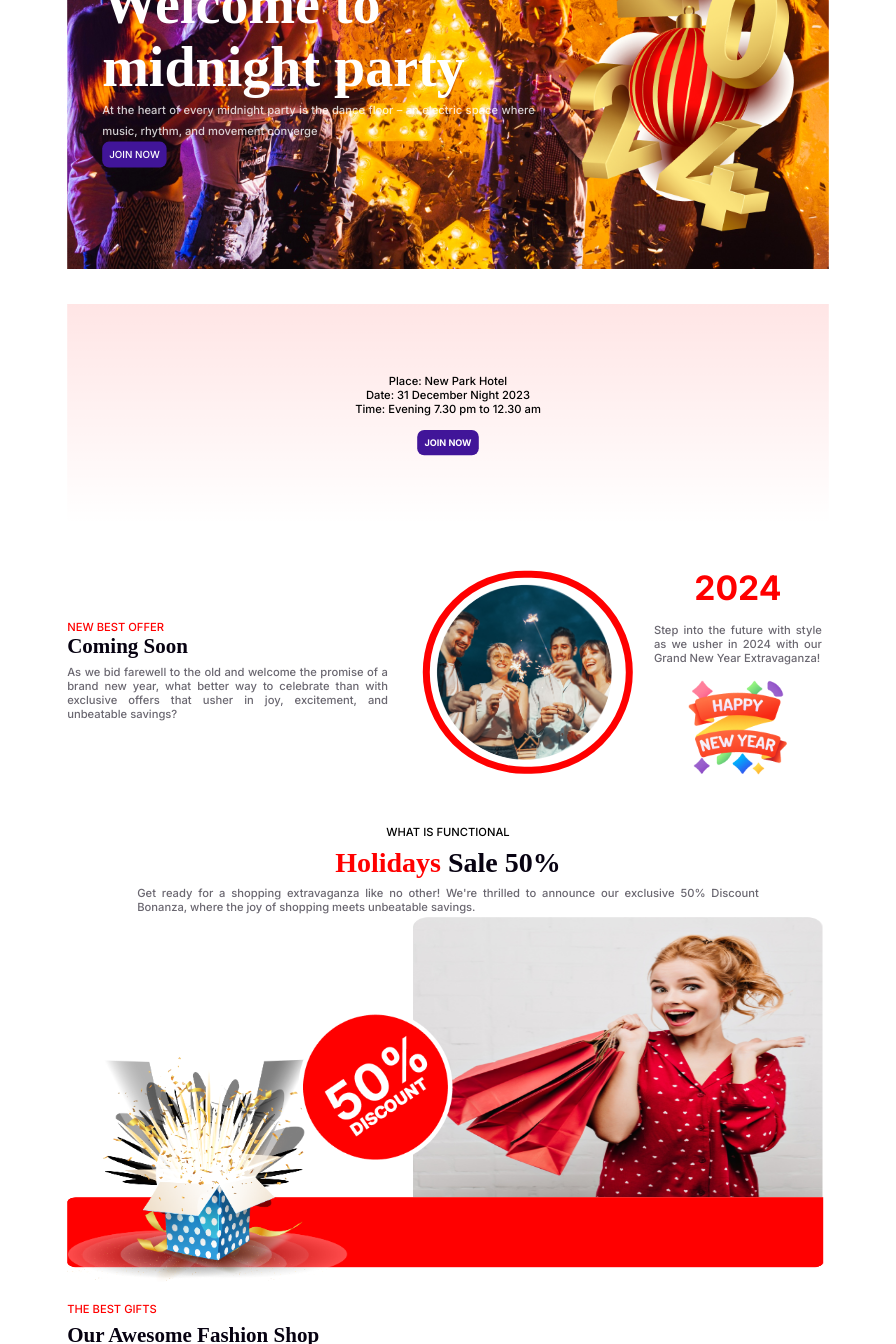
Repository: sumonkumarsarkar/new-year-2024
Page: index.html
The author's editor kept a copy of each file at every save. The page is drawn from the files as they stood at one save, then again after the next save.
The browser window is 1280 px wide. The pictures show the part of the page from y = 1476 to 3396 px (the page is 5366 px tall), at 70% of full size.

Above is the page before, as saved 2024-01-08 21:43:41.

### index.html
<!DOCTYPE html>
<html lang="en">
  <head>
    <meta charset="UTF-8" />
    <meta name="viewport" content="width=device-width, initial-scale=1.0" />
    <title>Happy Nwe Year-2024</title>
    <link rel="preconnect" href="https://fonts.googleapis.com" />
    <link rel="preconnect" href="https://fonts.gstatic.com" crossorigin />
    <link
      href="https://fonts.googleapis.com/css2?family=Inter:wght@100;200;300;500;600;700&display=swap"
      rel="stylesheet"
    />

    <link rel="stylesheet" href="https://cdnjs.cloudflare.com/ajax/libs/font-awesome/6.5.1/css/all.min.css" integrity="sha512-DTOQO9RWCH3ppGqcWaEA1BIZOC6xxalwEsw9c2QQeAIftl+Vegovlnee1c9QX4TctnWMn13TZye+giMm8e2LwA==" crossorigin="anonymous" referrerpolicy="no-referrer" />
    <link rel="stylesheet" href="./style.css" />
  </head>
  <body>
    <!-- banner-section start  -->
    <header>
      <div class="container banner">
        <div class="heading-text">
          <h4>Happy New Year</h4>
          <h3>New Year Party Celebration</h3>
        </div>
      </div>
    </header>
    <!-- banner-section end  -->

    <!-- holiday deal start  -->
    <section id="holiday-deal">
      <div class="container-holiday">
        <div class="holiday-text">
          <h2>65% OFF</h2>
          <h5>OUR HOLIDAY DEALS ARE BETTER</h5>
          <h4>ALL CATEGORIES</h4>
        </div>
        <div class="holiday-img">
          <img src="./image/New Year Photo.png" alt="" />
        </div>
      </div>
    </section>
    <!-- holiday deal end  -->

    <section id="midnight-section">
      <div class="container midnight-banner">
        <div class="midnight-content">
          <div class="midnight-text">
            <h3>Welcome to midnight party</h3>
            <p>
                At the heart of every midnight party is the dance floor – an electric space where music, rhythm, and movement converge
            </p>
            <button type="button">JOIN NOW</button>
          </div>
          <div class="midmight-img">
            <img src="./image/Group 70.png" alt="" />
          </div>
        </div>
      </div>
    </section>

     <!-- park hotel start  -->
<section id="park-hotel">
    <div class="container park-hotel-text">
     <p>Place: New Park Hotel</p>
     <p>Date: 31 December Night 2023</p>
     <p>Time: Evening 7.30 pm to 12.30 am</p>
     <button class="park-hotel-button" type="button">JOIN NOW</button>
    </div>
</section>
 <!-- park hotel end  -->


 <!-- best offer start  -->
 <section id="best-offer">
    <div class="container best-banner">
        <div class="best-offer-text">
            <div class="offer-text">
                <h5>NEW BEST OFFER</h5>
                <h4>Coming Soon</h4>
                <p>As we bid farewell to the old and welcome the promise of a brand new year, what better way to celebrate than with exclusive offers that usher in joy, excitement, and unbeatable savings?  </p>
            </div>
            <div class="offer-img">
                <img src="./image/Ellipse 1.png" alt="">
            </div>
            <div class="offer-text-img">
                <h3>2024</h3>
                <p>Step into the future with style as we usher in 2024 with our Grand New Year Extravaganza! </p>
                <img src="./image/Group 96.png" alt="">
            </div>

        </div>
    </div>
 </section>

 <!-- best offer end  -->

 <!-- holiday best offer start  -->

 <section id="holiday-offer">
    <div class="container">
        <div class="holiday-offer-text">
            <h5>WHAT IS FUNCTIONAL</h5>
            <h3><span>Holidays</span> Sale 50%</h3>
            <p>Get ready for a shopping extravaganza like no other! We're thrilled to announce our exclusive 50% Discount Bonanza, where the joy of shopping meets unbeatable savings.</p>
        </div>

        <div class="holiday-img">
            <div class="div3">
                <img src="./image/Group 75.png" alt="">
            </div>
            <div class="div1">
                <img src="./image/Group 44.png" alt="">
            </div>
            <div class="div2">
                <img src="./image/Rectangle 1.png" alt="">
            </div>
            <div class="div4">
                <img src="./image/Rectangle 2.png" alt="">
            </div>
        </div>






    </div>
 </section>
 <!-- holiday best offer end  -->

 <!-- portfolio section start  -->

<section id="fortfolio">
    <div class="container">
        <div class="protfolio-text-image">
            <div class="protfolio-text">
                   <h5>THE BEST GIFTS</h5>
                   <h4>Our Awesome Fashion Shop</h4>
                   <p>Great! Based on our fashion shop items, specializing in shoes and bags, how about the name "SoleStyle & Carry Chic"? </p>
            </div>
            <div class="protfolio-image">
                <div class="image-div">
                    <img src="./image/Rectangle 3.png" alt="">
                    <img src="./image/Rectangle 4.png" alt="">
                    <img src="./image/Rectangle 5.png" alt="">
                </div>
                <div class="image-div">
                    <img src="./image/Rectangle 6.png" alt="">
                    <img src="./image/Rectangle 7.png" alt="">
                    <img src="./image/Rectangle 8.png" alt="">
                </div>

            </div>
        </div>
    </div>
</section>
 <!-- portfolio section end -->



 <section id="subscribe">
    <div class="container subscribe-banner">
        <div class="subscribe-content">
           <div class="subscribe-image">
            <img src="./image/Group 61.png" alt="">
           </div>
           <div class="subscribe-text">
            <h3>Subscribe Newsletter</h3>
            <p>In a world where fashion is ever-evolving, keeping your wardrobe up-to-date has never been more exciting. Introducing our exclusive subscription service – a gateway to a curated collection of style essentials delivered to your doorstep.</p>
           </div>

           <div class="subscribe-input">
            <input  type="email" placeholder="user@gmail.com">
            <button class="subscribe-button" type="submit">subscribe</button>
           </div>
        </div>
    </div>
 </section>

 <footer>
    <div class="footer-cntainer">
        <div class="footer-text">
            <div class="nornal-text">
                <p>44,Big Building Roosevelt Street</p>
                    <p>Beach Gardens Florida 33410</p>
            </div>
            <div class="icon-text">
                <p><span><img src="./image/Call.png" alt=""></span> +00 123 584 124</p>
                <p><span><i class="fa-solid fa-globe"></i></span>www.website.com</p>
            </div>
        </div>
        <hr>
        <div class="icon-img">
           <img src="./image/Facebook.png" alt="">
           <img src="./image/Instagram.png" alt="">
           <img src="./image/Twitter.png" alt="">
           <img src="./image/Linkedin.png" alt="">
        </div>
       <div class="footer-last-text">
         <p>017, All Rights Reserved</p>
          <p>unsubscribe</p>
       </div>

    </div>
 </footer>


  </body>
</html>

### style.css
* {
    margin: 0;
    padding: 0;
}

body {
    font-family: "Inter", sans-serif;
    width:100%;
    max-width:1320px;
}

/* banner section end  */
.container{
    max-width:1240px;
    width: 85%;
    margin: 50px auto;
}

.banner {
    background-image: url(./image/Banner\ Image.png);
    background-position: center;
    background-repeat: no-repeat;
    background-size: cover;
}

.heading-text {
    text-align: center;
    justify-content: center;
    padding: 177px 300px;
}

.heading-text h3 {
    color: #fff;
    text-align: center;
    font-family: Merriweather;
    font-size: 50px;
    font-style: normal;
    font-weight: 900;
}

.heading-text h4 {
    color: #fff;
    text-align: center;
    font-family: Merriweather;
    font-size: 25px;
    font-style: normal;
    font-weight: 400;
    line-height: normal;
}

/* banner section end  */

/* holiday -section start  */
.container-holiday {
    width: 85%;
    max-width: 680px;
    margin: 0 auto;
}

.container-holiday .holiday-text {
    text-align: center;

}

.holiday-text h2 {
    color: #f00;
    text-align: center;
    font-family: Inter;
    font-size: 70px;
    font-style: normal;
    font-weight: 700;
    line-height: normal;
}

.holiday-text h5{
    color: #f00;
    text-align: center;
    font-family: Inter;
    font-size:px;
    font-style: normal;
    font-weight: 700;
    line-height: normal;
}

.holiday-text h4 {
    color: #070211;
    text-align: center;
    font-family: Inter;
    font-size: 35px;
    font-style: normal;
    font-weight: 700;
    line-height: normal;
}

.holiday-img {
    text-align: center;
    justify-content: center;
    width: 680px;
    height: 500px;
}

/* holiday -section start  */

/* midnight party start  */

.midnight-banner {
    background-image: url("./image/Vectorrr.png");
    background-position: center;
    background-repeat: no-repeat;
    background-size: cover;
}

.midnight-content {
    display: flex;
    justify-content: space-between;
    align-items: center;
}

.midnight-text {
    padding: 50px 0px 50px 50px;
    align-items: center;
}

.midnight-text h3 {
    align-items: center;
    color: #fff;
    font-family: Merriweather;
    font-size: 80px;
    font-style: normal;
    font-weight: 900;


}

.midnight-text p {
color: rgba(255, 255, 255, 0.80);
font-family: Inter;
font-size: 16px;
font-style: normal;
font-weight: 400;
line-height: 30px;
text-align: justify;
}

button {
    color: #FFF;
    text-align:center;
    font-family: Inter;
    font-size: 14px;
    font-style:normal;
    font-weight: 400;
    line-height: normal;
    text-transform:uppercase;
    background:#411599;
    border-radius: 10px;
    border:none;
    padding: 10px 10px;
}
button:hover{
    background: skyblue;
    transition: 1s;

}

.midmight-img{
    padding:50px 50px ;
}

/* midnight party end */




/* park hotel start */

.park-hotel-text{
 background: linear-gradient(180deg, rgba(255, 0, 0, 0.10) 0%, rgba(255, 0, 0, 0.00) 100%);
 text-align: center;
 margin:0 auto;
 padding: 100px 0px;
}

.park-hotel-button{
color: #FFF;
text-align: center;
font-family: Inter;
font-size: 13px;
font-style: normal;
font-weight: 700;
line-height: normal;
text-transform: uppercase;
background:#411599;
margin-top: 20px;


}
/* park hotel end */


/* best offer start  */

.best-offer-text{
    display: flex;
    justify-content: space-between;
    align-items: center;
}
.best-banner{
    background: #FFF;
    margin-top: 50px;
}
.offer-text h5{
color: #F00;
font-family: Inter;
font-size: 16px;
font-style: normal;
font-weight: 500;
line-height: normal;
}
.offer-text h4{
    color: #070211;
    font-family: Merriweather;
    font-size:30px;
    font-style: normal;
    font-weight: 900;
    line-height: normal;
    text-transform: capitalize;
}
.offer-text p{
color: rgba(7, 2, 17, 0.60);
font-family: Inter;
font-size: 16px;
font-style: normal;
font-weight: 400;
padding: 10px 50px 10px 0px;
text-align: justify;

}
.offer-img img{
border-radius:200px;
border:10px solid #F00;
padding:10px 20px 10px 10px;
width: 250px;

}
.offer-text-img{
    text-align: center;
    padding:10px;
    margin-left: 20px;

}
.offer-text-img h3{
font-size: 48px;
font-style: normal;
font-weight: 700;
line-height: normal;
color: #f00;
padding-bottom: 20px;

}
.offer-text-img p{
    color: rgba(7, 2, 17, 0.60);

    font-family: Inter;
    font-size: 16px;
    font-style: normal;
    font-weight: 400;
    padding-bottom: 20px;
    text-align: justify;

}



/* best offer end */

 /* holiday offer section start  */
.holiday-offer-text{
    text-align: center;
}
.holiday-offer-text h5{
font-size: 16px;
font-style: normal;
font-weight: 500;
line-height: normal;
padding: 5px 200px;
}
.holiday-offer-text h3{
    color: #070211;
    font-family: Merriweather;
    font-size: 40px;
    font-style: normal;
    font-weight: 900;
    line-height: normal;
    padding: 5px 200px;
}
.holiday-offer-text p{
color: rgba(7, 2, 17, 0.60);
text-align: center;
font-family: Inter;
font-size: 16px;
font-style: normal;
font-weight: 500;
padding: 5px 100px;
text-align: justify;
}
span{
    color: #f00;
}

.holiday-img{
display: flex;
position:relative;
}
.holiday-img .div1 img{
position: relative;
z-index: 1;
top:90px;
right:-100px;

}
.holiday-img .div2 img{
    position: absolute;
    width:585px;
    height:400px;
}
.holiday-img .div3 img{
    position: absolute;
    left:0;
    top:200px;
    width:400px;
    z-index:1;
}
.holiday-img .div4 img{
    position:absolute;
    left:0;
    top:400px;
    width:1080px;
    height:100px;



}
#holiday-offer{
     margin-bottom:50px;
}








 /* holiday offer section end  */

/* portfolio section start  */

.protfolio-text h5{
color: #F00;
font-family: Inter;
font-size: 16px;
font-style: normal;
font-weight: 500;
line-height: normal;
margin-bottom: 10px;

}
.protfolio-text h4{
    color: #070211;
    font-family: Merriweather;
    font-size: 30px;
    font-style: normal;
    font-weight: 900;
    line-height: normal;
    text-transform: capitalize;
    margin-bottom: 10px;
}
.protfolio-text p{
color: rgba(7, 2, 17, 0.60);
font-family: Inter;
font-size: 16px;
font-style: normal;
font-weight: 400;
line-height: 32px;
margin-bottom: 10px;
text-align: justify;
}
.image-div{
    display: flex;
    justify-content:space-between;
    margin: 10px 0;

}

.image-div img{
   width:350px;
   height:350px;
   padding-left: 10px;


}
/* portfolio section end  */


/* subscribe section start  */

.subscribe-banner{
border-radius:16px;
background: rgba(255, 0, 0, 0.05);

}
.subscribe-content{
padding:100px 0;
text-align: center;
}
.subscribe-text h3{
color: #070211;
text-align: center;
font-family: Merriweather;
font-size:40px;
font-style: normal;
font-weight: 900;
line-height: normal;
text-transform: capitalize;
}
.subscribe-text p{
    color: rgba(7, 2, 17, 0.60);
    text-align: center;
    font-family: Inter;
    font-size: 16px;
    font-style: normal;
    font-weight: 400;
    line-height: 32px;
    padding: 10px 100px;
    text-align: justify;
}

.subscribe-button{
color: #FFF;
text-align: center;
font-family: Inter;
font-size: 18px;
font-style: normal;
font-weight: 600;
line-height: normal;
text-transform: capitalize;
background: #F00;
border-radius:0px 50px 50px 0px;
padding: 13px;

}

.subscribe-input input{
display:inline-block;
border:none;
padding:16px;
width: 250px;
border-radius:50px 0px 0px 50px;
}
/* subscribe section end  */



/* footer section start  */
.footer-cntainer{
    width:100%;
    max-width:1320px;
    background: #070211;


}
.nornal-text p{
font-size: 16px;
font-style: normal;
font-weight: 500;
line-height: 40px;
color: #FFF;
text-align: justify;
}
.footer-text{
    display: flex;
    margin: 0 auto;
    justify-content: space-around;
    padding:50px 100px;


}
.icon-img{
    display: flex;
    justify-content: center;
    align-items: center;
    margin-top:50px;
}
.icon-img img{
    margin: 10px;
}
.icon-text{
 font-size: 16px;
font-style: normal;
font-weight: 500;
line-height: 40px;
color: #FFF;
}

.footer-last-text{
    display: flex;
    justify-content: space-between;
}
.footer-last-text p{
padding: 100px;
font-size: 16px;
font-style: normal;
font-weight: 500;
line-height: normal;
color: #FFF;
text-align: justify;
}
hr{
    width: 50%;
    color: #19065d;
    margin: 0 auto;

}
span img{
    width: 15px;
}

/* footer section end  */

After the next save:
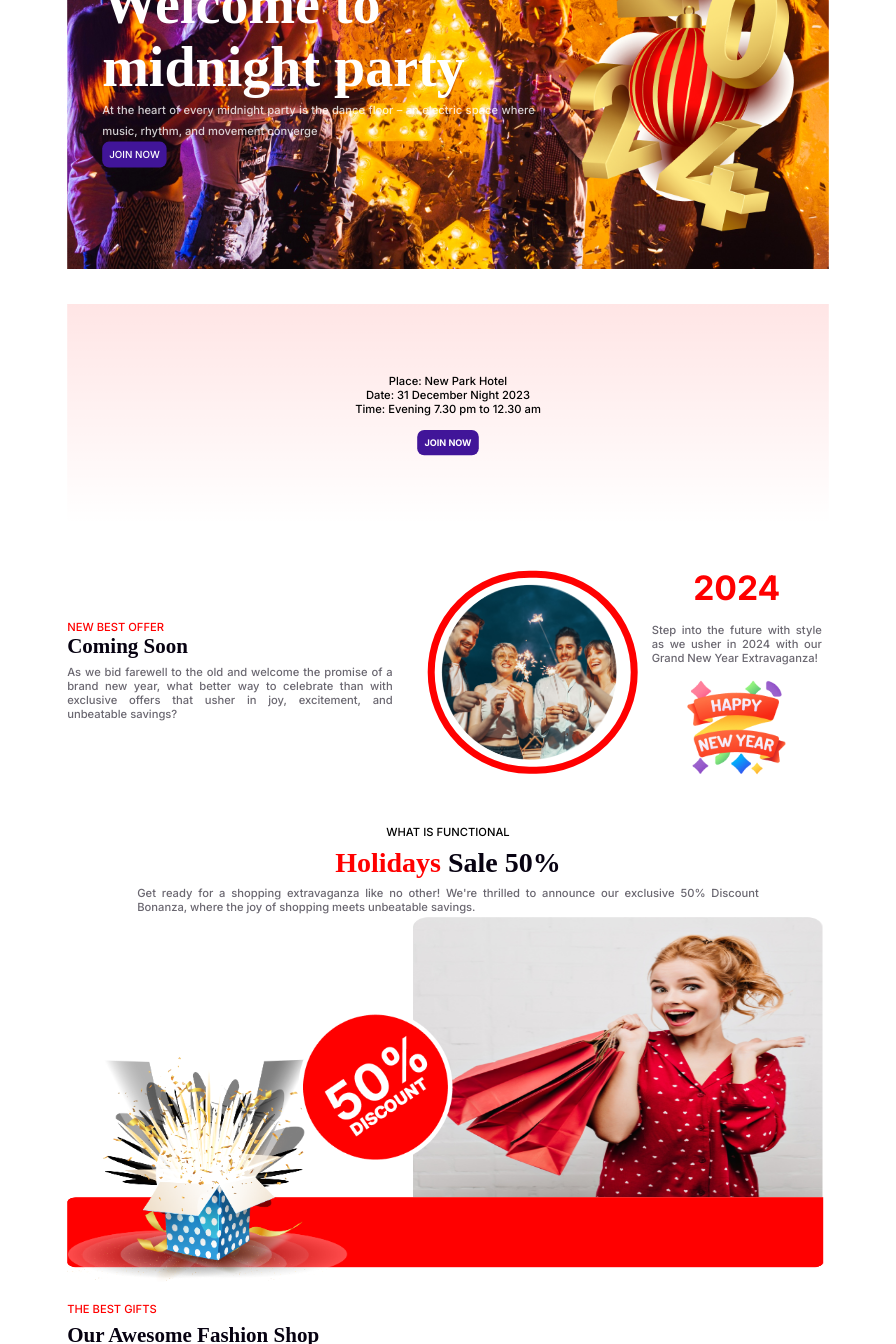
Saved 34 s later.
--- a/style.css
+++ b/style.css
@@ -245,7 +245,7 @@ width: 250px;
 .offer-text-img{
     text-align: center;
     padding:10px;
-    margin-left: 20px;
+    margin-left:10px;
 
 }
 .offer-text-img h3{
